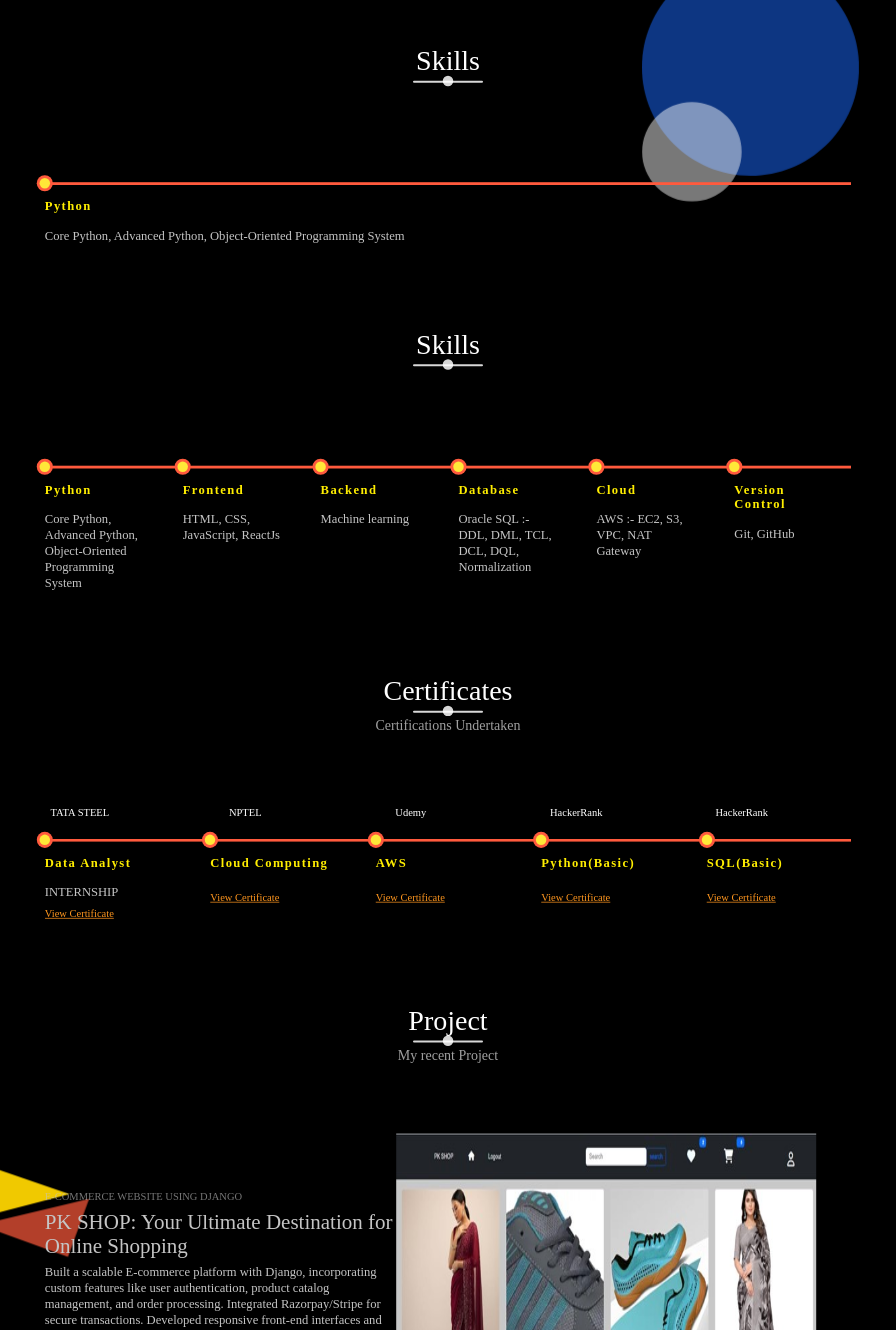
Repository: purushottam7660/Portfolio
Page: index.html
These files come from the project's save history. The page is drawn as it stood at one moment and after the next save; the edit follows.
The browser window is 1280 px wide. The pictures show the part of the page from y = 1206 to 3106 px (the page is 6859 px tall), at 70% of full size.
A picture or video elsewhere on the page could not be fetched, so the positions and the page height are approximate. Some web fonts or font styles are not loaded; a fallback is used.

Above is the page before, as saved 2025-08-16 12:29:43.

### index.html
<!DOCTYPE html>
<html lang="en">

<head>
    <meta charset="UTF-8">
    <meta name="viewport" content="width=device-width, initial-scale=1">

    <title>Purushottam Kumar</title>
    <link rel="stylesheet" href="https://unpkg.com/aos@next/dist/aos.css" />
    <link rel="stylesheet" href="https://use.fontawesome.com/releases/v5.7.2/css/all.css"
        integrity="sha384-fnmOCqbTlWIlj8LyTjo7mOUStjsKC4pOpQbqyi7RrhN7udi9RwhKkMHpvLbHG9Sr" crossorigin="anonymous">
    <link rel="stylesheet" href="main.css">
    <link rel='icon' href='favicon.ico' type='image/x-icon'/>
    <link href="//db.onlinewebfonts.com/c/bd317adf74e5e7e564eb61ce9926cc6d?family=Gotham" rel="stylesheet" type="text/css"/>
    <link href="//db.onlinewebfonts.com/c/9a2bc11be56851dde98c1b49302cc21a?family=Gotham+Medium" rel="stylesheet" type="text/css"/>
    <link href="//db.onlinewebfonts.com/c/0923ee644c97a87d70269aa80a6f1e79?family=The+Historia+Demo" rel="stylesheet" type="text/css"/>
    <meta name="google-site-verification" content="9P7lBLkCpxEcZAig0uq5LQzN-YUIhlLA37V1Gj3avcg" />

</head>

<body>
    <header>
        <div class="left-circ" >
                <img src="Group 1953.svg" alt="" >
            </div>
            <div class="circle-img" >
                <img src="Group 1951.svg" alt="" >
            </div>
        <div class="menu-toggler">
            <div class="bar half start"></div>
            <div class="bar"></div>
            <div class="bar half end"></div>
        </div>
        <nav class="top-nav">
            <ul class="nav-list">
                <li>
                    <a href="index.html" class="nav-link">Home</a>

                </li>
                <li>
                    <a href="#about" class="nav-link">About</a>

                </li>
                <li>
                    <a href="#services" class="nav-link">Certificates</a>

                </li>
                <li>
                    <a href="#portfolio" class="nav-link">Project</a>

                </li>
                <li>
                    <a href="#experience" class="nav-link">Education</a>

                </li>
                <li>
                    <a href="#experience" class="nav-link">Contact</a>

                </li>

            </ul>
        </nav>
        <div class="landing-text">
            <h1>Purushottam Kumar</h1>
            <h6>Associate Analyst</h6>
            <div class="scrolldown">
                <span></span>
                <span></span>
                <span></span>
            </div>
        </div>

    </header>

    <section class="about" id="about">
        <div class="container">
            <div class="profile-img" >
                <img src="./Me.jpg"  data-aos="fade-up" data-aos-delay="300ms">

            </div>
            <div class="skills-img" >
                <img src="blackball.svg" alt="" >
            </div>

            <div class="about-details" data-aos="fade-up" data-aos-delay="300ms" >
                <div class="about-heading">
                    <h1>About</h1>
                    <h6>Myself</h6>
                </div>
                <br>
                <h3> Hi! This is Purushottam Kumar. </h3>
                <br>
                <p>
                   Associate Analyst @Merkel

                    <br>
                    <br>
                    <a href="https://drive.google.com/file/d/165yn6GBqy3xRHl08g18MrKQxIV79vI6r/view?usp=sharing" class="cta" target="_blank">Checkout my Resume</a>


                </p>
                <br>

                <address>Contact me here <a href="purushottam7660@gmail.com" > purushottam7660@gmail.com </a>
                </address>

                <div class="social-media"  >
                    <ul class="nav-list"  >
                        <li>
                            <a href="https://www.linkedin.com/in/purushottam-kumar-a3a2491b3/" class="icon-link" target="_blank">
                                <i class="fab fa-linkedin"></i>
                            </a>
                        </li>
                        <li>
                            <a href="https://github.com/purushottam7660" class="icon-link" target="_blank">
                                <i class="fab fa-github-square"></i>
                            </a>
                        </li>
                        <li>
                            <a href="https://www.hackerrank.com/profile/Purushottam7660" target="_blank">
                                <i class="fab fa-hackerrank"></i>
                            </a>
                        </li>
                        <li>
                            <a href="https://www.instagram.com/purushottam115/" target="_blank">
                                <i class="fab fa-instagram"></i>
                            </a>
                        </li>
                        <li>
                            <a href="https://www.snapchat.com/add/" target="_blank">
                                <i class="fab fa-snapchat-square"></i>
                            </a>
                        </li>

                        <!-- <li>
                            <a href="https://leetcode.com/akgupta2075/" class="icon-link">
                                <i class="fab fa-behance-square"></i>
                            </a>
                        </li> -->
                        <!-- <li>
                            <a href="https://medium.com/@tejasvi_soi" class="icon-link">
                                <i class="fab fa-medium"></i>
                            </a>
                        </li> -->

                    </ul>
                </div>

            </div>

        </div>
    </section>
    <section class="skills" id="skills">
        <div class="container">
            <div class="section-heading">
                <h1>Skills</h1>
                <!-- <h6>My Python Full Stack Development Skills</h6> -->
            </div>

            <div class="my-skills">
                <div class="skill" data-aos="fade-right" data-aos-delay="300ms">
                    <h3>Python</h3>
                    <p>Core Python, Advanced Python, Object-Oriented Programming System</p>
                </div>



            </div>
        </div>
    </section>

    <section class="skills" id="skills">
    <div class="container">
        <div class="section-heading">
            <h1>Skills</h1>
            <!-- <h6>My Python Full Stack Development Skills</h6> -->
        </div>

        <div class="my-skills">
            <div class="skill" data-aos="fade-right" data-aos-delay="300ms">
                <h3>Python</h3>
                <p>Core Python, Advanced Python, Object-Oriented Programming System</p>
            </div>

            <div class="skill" data-aos="fade-right" data-aos-delay="600ms">
                <h3>Frontend</h3>
                <p>HTML, CSS, JavaScript, ReactJs</p>
            </div>

            <div class="skill" data-aos="fade-right" data-aos-delay="900ms">
                <h3>Backend</h3>
                <p> Machine learning</p>
            </div>

            <div class="skill" data-aos="fade-right" data-aos-delay="1200ms">
                <h3>Database</h3>
                <p>Oracle SQL :- DDL, DML, TCL, DCL, DQL, Normalization</p>
            </div>

            <div class="skill" data-aos="fade-right" data-aos-delay="900ms">
                <h3>Cloud</h3>
                <p> AWS :- EC2, S3, VPC, NAT Gateway</p>
            </div>

            <div class="skill" data-aos="fade-right" data-aos-delay="1500ms">
                <h3>Version Control</h3>
                <p>Git, GitHub</p>
            </div>

        </div>
    </div>
</section>


    <section class="services" id="services" >

        <div class="container">
            <div class="services-img" >
                <img src="Rectangle 5651.svg" alt="" >
            </div>
            <div class="section-heading" >
                <h1>Certificates</h1>
                <h6>Certifications Undertaken</h6>
            </div>

            <div class="my-skills" data-aos="fade-right" data-aos-delay="100ms">
                <div class="skill" data-date="TATA STEEL"  data-aos="fade-right" data-aos-delay="300ms">

                    <h3>Data Analyst</h3>
                    <p>
                        INTERNSHIP
                    </p>
                    <br>
                    <a href="https://drive.google.com/file/d/1CfXKXl8S87-Uqk5XjmIV3m66L2Rnr3qc/view?usp=sharing"class="cta">View Certificate</a>
                </div>
                <div class="skill" data-date="NPTEL" data-aos="fade-right" data-aos-delay="600ms">

                    <h3>Cloud Computing</h3>
                    <p>

                    </p>
                    <br>
                    <a href="https://drive.google.com/file/d/12JIj-hmUDqzL3e5l1pUjtZGyqBs8_5lm/view?usp=sharing" class="cta">View Certificate</a>
                </div>

                <div class="skill" data-date="Udemy" data-aos="fade-right" data-aos-delay="900ms">

                    <h3> AWS </h3>
                    <p>

                    </p>
                    <br>
                    <a href="https://drive.google.com/file/d/1rp1tauTbMgCd7x8rF2W_imO4-MThdTXQ/view?usp=sharing" class="cta">View Certificate</a>
                </div>

                <div class="skill" data-date="HackerRank" data-aos="fade-right" data-aos-delay="1200ms">

                    <h3>Python(Basic)</h3>
                    <p>

                    </p>
                    <br>
                    <a href="https://www.hackerrank.com/certificates/4d5b223e8351" class="cta" >View Certificate</a>
                </div>

                <div class="skill" data-date="HackerRank" data-aos="fade-right" data-aos-delay="1200ms">

                    <h3> SQL(Basic)</h3>
                    <p>

                    </p>
                    <br>
                    <a href="https://www.hackerrank.com/certificates/5d3e51e30cd5" class="cta">View Certificate</a>
                </div>
            </div>

            </div>
        </div>
    </section>

    <section class="portfolio" id="portfolio">
        <div class="container">
            <div class="section-heading">
                <h1>Project</h1>
                <h6>My recent Project</h6>
            </div>
            <div class="portfolio-item" data-aos="fade-in" data-aos-duration="300ms">
                <div class="portfolio-description">
                    <h6>E-commerce Website using Django</h6>
                    <h1>PK SHOP: Your Ultimate Destination for Online Shopping</h1>
                    <p>
                        Built a scalable E-commerce platform with Django, incorporating custom features like user authentication, product catalog management, and order processing. Integrated Razorpay/Stripe for secure transactions. Developed responsive front-end interfaces and ensured platform security through encryption and collaboration with cross-functional teams.                    </p>
                    <a href="https://github.com/" class="cta">View Project</a>
                </div>
                <div class="portfolio-img has-margin-right"><img src="./PK SHOP.jpg" alt="" style="height: 450px; width: 600px;"></div>
            </div>

<br>
<br>


            <div class="portfolio-item" data-aos="fade-in" data-aos-duration="300ms">
                <div class="portfolio-img has-margin-right">
                    <img src="./telecome_project.png" alt=""style="height: 450px; width: 600px;">
                </div>
                <div class="portfolio-description">
                    <h6>Python</h6>
                    <h1>Telecom Churn Estimation Using Machine Learning</h1>
                    <p> Organizations today face intense competition in delivering advanced Quality of Service (QoS) to attract customers. Implementing efficient customer relationship management systems, supported by machine learning models like support vector machines and Random Forest algorithms, proves instrumental in customer retention and overall business profitability. Addressing challenges such as customer churn and aligning consumer expectations with product performance, organizations can strategically enhance product quality, improve brand portfolio, and optimize profit-driven feature selection in data mining and machine learning. <br>

                        Our approach involves implementing a computationally inexpensive Machine Learning algorithm for extracting insights from complex data patterns, resulting in high accuracy, time savings, and low complexities. Currently, we are actively engaged in data pre-processing, including evaluating column importance, eliminating unwanted data, and addressing null values and outliers. The ongoing cross-validation process ensures the robustness of every data column.
                        </p>
                    <a href="https://github.com/purushottam7660/TELECOM-CHURN-ESTIMATION-USING-MACHINE-LEARNING" class="cta">View Project</a>
                </div>
            </div>
<br>
<br>

            <div class="portfolio-item" data-aos="fade-in" data-aos-duration="300ms">
                <div class="portfolio-description">
                    <h6>INTERNSHIP</h6>
                    <h1>RH Treatment Time Prediction</h1>
                    <p>
                        Embark on a transformative machine learning journey with RH Treatment Time Prediction, exploring algorithms like Linear Regression, Decision Trees, Random Forest, and XG Boost. Acquire expertise in data pre-processing and model building, extracting valuable insights from challenges. Uncover the potency of supervised learning to predict treatment durations and join us in translating raw data into meaningful insights. Explore the dynamic intersection of data science and artificial intelligence to predict RH treatment times, harnessing the full potential of machine learning. Unravel intricate patterns and make informed decisions for optimized treatment durations.
                    </p>
                    <a href="https://github.com/" class="cta">View Project</a>
                </div>
                <div class="portfolio-img has-margin-right"><img src="./internship.png" alt="">
                </div>
            </div>

<br>
<br>

            <div class="portfolio-item" data-aos="fade-in" data-aos-duration="300ms">
                <div class="portfolio-img has-margin-right">
                    <img src="./3_tier_project.webp" alt="" style="height: 700px; width: 700px;">
                </div>
                <div class="portfolio-description has-margin-right">
                    <h6>Cloud Computing</h6>
                    <h1>
                        Hosting a 3-Tier Web Application Architecture on Amazon Web Services (AWS)</h1>
                    <p>
                        Discover a seamlessly hosted 3-tier web application on Amazon Web Services (AWS). This project intricately integrates vital AWS elements like VPC, ALB, and EC2, focusing on scalability, cost-effectiveness, and strong data security. Immerse yourself in the forefront of web application deployment, experiencing a fusion of cutting-edge technology and strategic architecture. This initiative marks a pivotal step into the future of cloud-based solutions, showcasing simplicity, efficiency, and innovation in web development.
                    </p>
                    <a href="https://docs.google.com/document/d/1dgbV1sPptQwEVhPD0u-hDz4tcvaEAjP5/edit?usp=sharing&ouid=102923793194469586786&rtpof=true&sd=true" class="cta">View Project</a>
                </div>
            </div>


            <div class="portfolio-item" data-aos="fade-in" data-aos-duration="300ms">
                <div class="portfolio-description">
                    <h6>Cloud Computing</h6>
                    <h1>Hosting a static website using Amazon web service </h1>
                    <p>
                        This comprehensive professional training report delves into the utilization of Amazon S3 as a robust solution for static website hosting and the integration of Route 53 for effective domain management. The report culminates with a thorough examination of the successful implementation and performance analysis, underscoring key aspects such as scalability, cost reduction, and enhanced data security measures. Throughout the project, a detailed overview is provided, encompassing the intricacies of static and dynamic websites, insights into AWS architecture, and a comprehensive understanding of Domain Name System (DNS) concepts. The emphasis on operational simplicity, business requirements, and the adoption of a highly scalable, resilient, and reliable website on Amazon Web Services adds depth to the project's significance.
                    </p>
                    <a href="https://docs.google.com/document/d/1BsOcGspHFqFBEX4XXZpwkwkMEkAuJe-A/edit?usp=sharing&ouid=102923793194469586786&rtpof=true&sd=true" class="cta">View Project</a>
                </div>
                <div class="portfolio-img has-margin-right"><img src="./static_website.png" alt="">
                </div>
            </div>
        </div>

    </div>
    </section>

    <section class="experience" id="experience">
        <div class="container" >
            <div class="section-heading">
                <h1>Education</h1>
                <h6></h6>
            </div>
            <div class="timeline" >
                <ul>
                    <li class="date" data-date="June 2019-Aug 2023" data-aos="fade-up" data-aos-duration="300ms">
                        <h1><a href="https://www.sathyabama.ac.in/" class="cta">Sathyabama Institute of Science and Technology</a></h1>
                        <p>Bachelor's of Engineering in Computer Science & Engineering <br>
                            CGPA- 8.4
                        </p>
                        <br>

                    </li>
                    <li class="date" data-date="March 2018-April 2019" data-aos="fade-up" data-aos-duration="300ms">
                        <h1>Senior Secondary</h1>
                        <p><a href="https://mnpsjsr.org/" class="cta">Motilal Nehru Public School, Jamshedpur</a>
                            <br>
                            Percentage- 62.25%
                        </p>
                        <br>

                    </li>
                    <li class="date" data-date="March 2016-April 2017" data-aos="fade-up" data-aos-duration="300ms">
                        <h1>Secondary</h1>
                        <p><a href="https://mnpsjsr.org/" class="cta">Motilal Nehru Public School, Jamshedpur</a> <br>

                            Percentage- 78.40%
                        </p>
                        <br>
                    </li>
                </ul>
                <div class="contact-img" >
                    <img src="Group 1956.svg" alt="" >
                </div>
            </div>
        </div>
    </section>


<section class="contact" id="contact">
    <div class="container">
        <div class="section-heading">
            <h1>Contact</h1>
            <h6>Get in touch with me</h6>
        </div>
        <div class="contact-details" data-aos="fade-up" data-aos-delay="300ms">
            <p>
                Feel free to reach out to me for any queries or collaboration opportunities. I'm always open to new
                projects and conversations!
            </p>
            <address>
                Email: <a href="purushottam7660@gmail.com">purushottam7660@gmail.com</a>
                <br>
                Phone: <a href="tel:+1234567890">+91 6203541645</a>
                <br>
                LinkedIn: <a href="https://www.linkedin.com/in/purushottam-kumar-a3a2491b3/">Purushottam Kumar</a>
                <br>
                Instagram: <a href="https://www.instagram.com/purushottam115/">@purushottam115</a>
            </address>
        </div>
    </div>
</section>


    <footer class="copyright">
        <div class="up" id="up">
            <i class="fas fa-chevron-up"></i>
        </div>
        <p>&copy; 2024 Purushottam Kumar</p>
    </footer>
    <script src="https://ajax.googleapis.com/ajax/libs/jquery/3.3.1/jquery.min.js"></script>

    <script src="https://unpkg.com/aos@next/dist/aos.js"></script>
    <script src="main.js"></script>


</body>

</html>

Loaded but not shown: main.js (common file); main.css (1248 lines, source omitted)

After the next save:
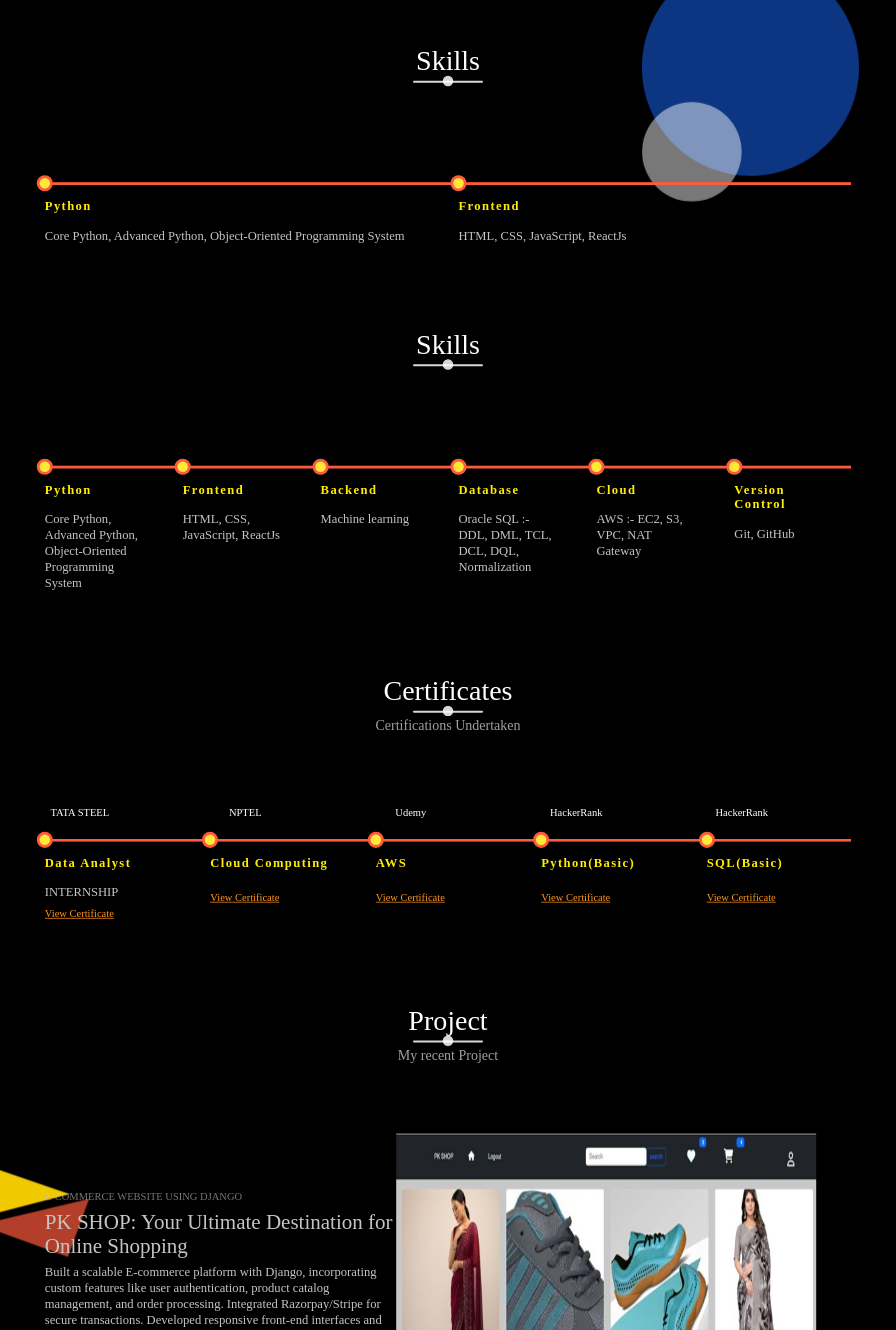
Saved 30 s later.
--- a/index.html
+++ b/index.html
@@ -162,6 +162,10 @@
                     <h3>Python</h3>
                     <p>Core Python, Advanced Python, Object-Oriented Programming System</p>
                 </div>
+                <div class="skill" data-aos="fade-right" data-aos-delay="600ms">
+                    <h3>Frontend</h3>
+                    <p>HTML, CSS, JavaScript, ReactJs</p>
+                </div>
 
 
 
